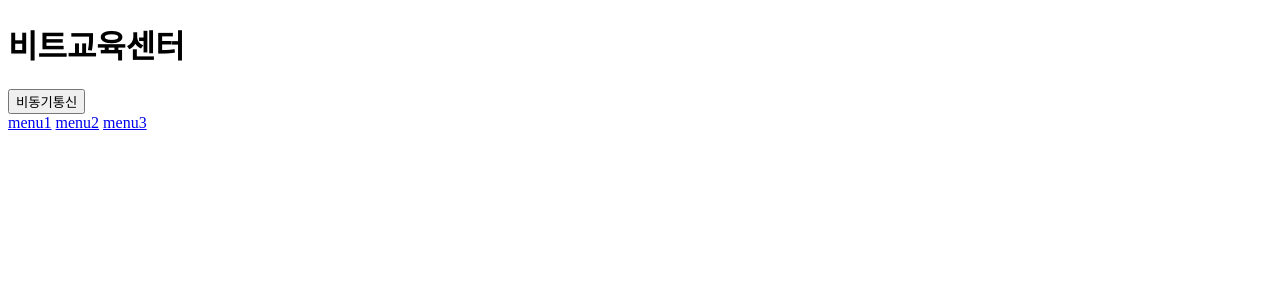
Repository: 2ket/workspace2
Page: web13/WebContent/index.html
These files come from the project's save history. The page is drawn as it stood at one moment and after the next save; the edit follows.
The browser window is 1280 px wide. The pictures show the whole page.

Above is the page before, as saved 2019-06-07 06:56:32.

### web13/WebContent/index.html
<!DOCTYPE html>
<html>
<head>
<meta http-equiv="Content-Type" content="text/html; charset=UTF-8">
<title>Insert title here</title>
<style type="text/css">
	body>
</style>
</head>
<body>
	<div id="header">
		<h1>비트교육센터</h1>
		<div>
			<button>비동기통신</button>
		</div>
	</div>
	<div id="menu">
		<a href="#">menu1</a>
		<a href="#">menu2</a>
		<a href="#">menu3</a>
	</div>
</body>
</html>

After the next save:
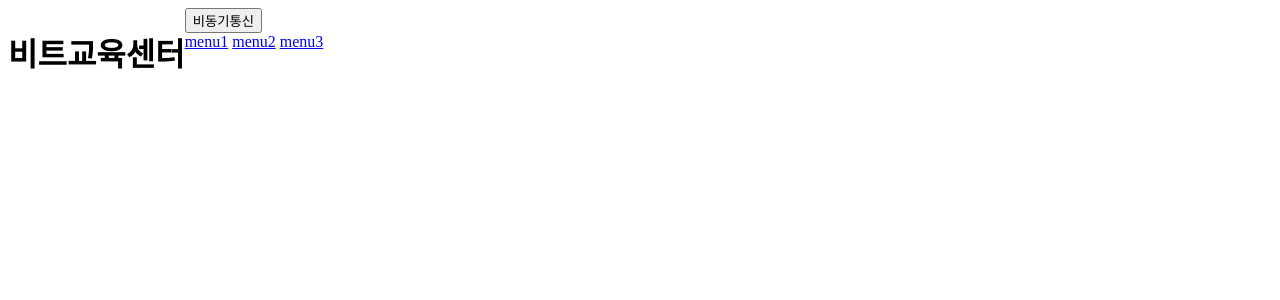
Saved 18 s later.
--- a/web13/WebContent/index.html
+++ b/web13/WebContent/index.html
@@ -5,6 +5,10 @@
 <title>Insert title here</title>
 <style type="text/css">
 	body>
+
+	#header>h1{
+		float:left;
+	}
 </style>
 </head>
 <body>
